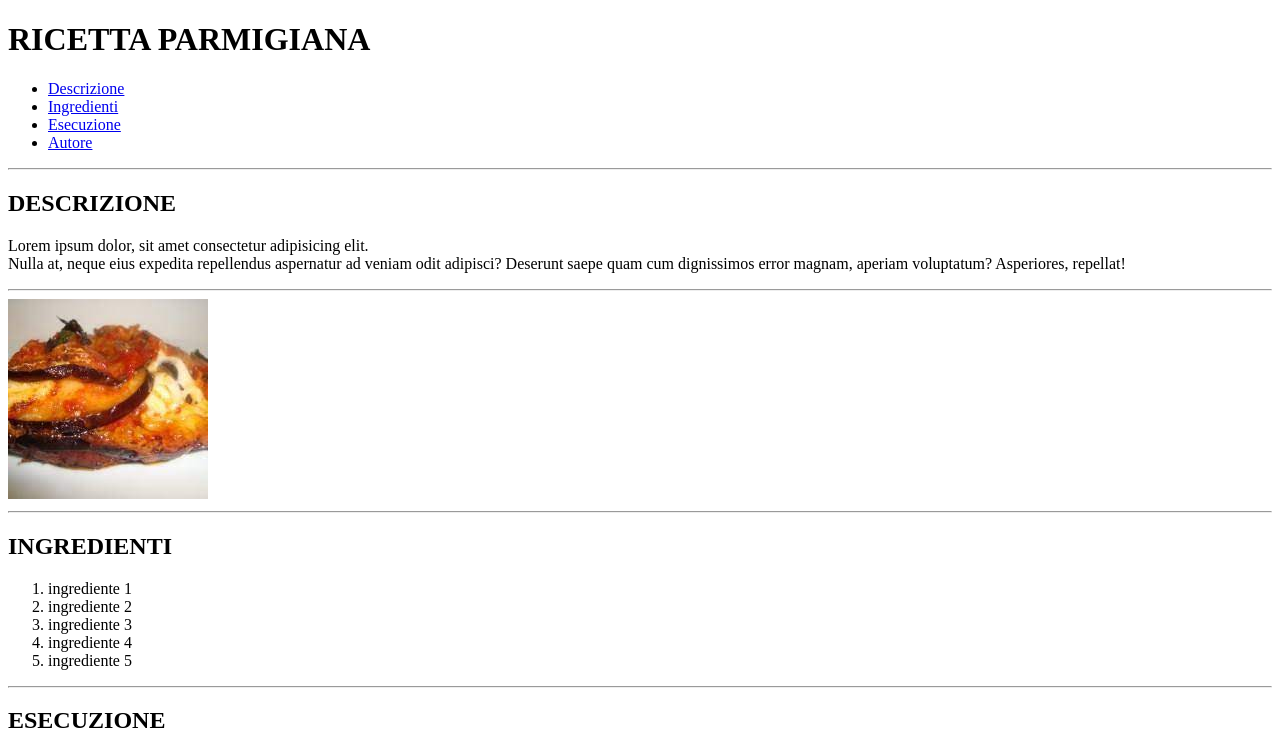
Repository: MicTomm/corso-frontend
Page: HTML/parmigiana/cdi.html
The author's editor kept a copy of each file at every save. The page is drawn from the files as they stood at one save, then again after the next save.
The browser window is 1280 px wide. The pictures show the part of the page from y = 0 to 734 px (the page is 1842 px tall before and 1868 px after).
A picture or video elsewhere on the page could not be fetched, so the positions and the page height are approximate.

Above is the page before, as saved 2023-11-07 12:44:55.

### HTML/parmigiana/cdi.html
<!DOCTYPE html>
<html lang="en">

<head>
  <meta charset="UTF-8">
  <meta name="viewport" content="width=device-width, initial-scale=1.0">
  <title>CDI</title>
</head>

<body>
  <h1>RICETTA PARMIGIANA</h1>
  <header>
    <nav>
      <ul>
        <li><a href="#descrizione">Descrizione</a></li>
        <li><a href="#ingredienti">Ingredienti</a></li>
        <li><a href="#esecuzione">Esecuzione</a></li>
        <li><a href="#autore">Autore</a></li>
      </ul>
    </nav>
  </header>
  <main>
    <hr>
    <article id="descrizione">
      <h2>DESCRIZIONE</h2>
      <p>Lorem ipsum dolor, sit amet consectetur adipisicing elit. <br />Nulla at, neque eius expedita repellendus
        aspernatur
        ad veniam odit adipisci? Deserunt saepe quam cum dignissimos error magnam, aperiam voluptatum? Asperiores,
        repellat!</p>
    </article>
    <hr>
    <img src="./img/parmigiana.jpg" alt="parmigiana" title="parmigiana">
    <section id="ingredienti">
      <hr>
      <h2>INGREDIENTI</h2>
      <ol>
        <li>ingrediente 1</li>
        <li>ingrediente 2</li>
        <li>ingrediente 3</li>
        <li>ingrediente 4</li>
        <li>ingrediente 5</li>
      </ol>
    </section>
    <hr />
    <section id="esecuzione">
      <h2>ESECUZIONE</h2>
      <ol>
        <li>
          <img src="https://cdn.cook.stbm.it/thumbnails/ricette/142/142695/Parmigiana-di-melanzane-semplice-19-w400.jpg"
            alt="passaggio 1"><br />Lorem ipsum dolor sit amet consectetur adipisicing elit. Autem vero facilis ratione
          soluta voluptas reiciendis magnam. Animi voluptate, quidem officia eligendi veritatis perferendis maxime
          blanditiis dolorem, natus soluta pariatur facere.
        </li>
        <li>
          <img src="https://cdn.cook.stbm.it/thumbnails/ricette/142/142695/Parmigiana-di-melanzane-semplice-23-w400.jpg"
            alt="passaggio 2"><br />Lorem ipsum dolor sit amet consectetur adipisicing elit. Eos aliquam nesciunt beatae
          dolores vel repellat quibusdam numquam dolorum tempore laborum non ullam enim, ex ipsum veritatis provident
          officiis reiciendis doloribus.
        </li>
        <li>
          <img src="https://cdn.cook.stbm.it/thumbnails/ricette/142/142695/Parmigiana-di-melanzane-semplice-27-w400.jpg"
            alt="passaggio 3"><br />Lorem ipsum dolor sit amet consectetur adipisicing elit. Est temporibus laborum,
          asperiores beatae autem voluptatum incidunt saepe ab eos non nostrum mollitia veritatis recusandae maiores
          culpa
          harum. Culpa, quia consequuntur?
        </li>

      </ol>
    </section>
  </main>
  <hr />
  <footer>
    <p id="autore">Parmigiana - Michele</p>
  </footer>
</body>

</html>

After the next save:
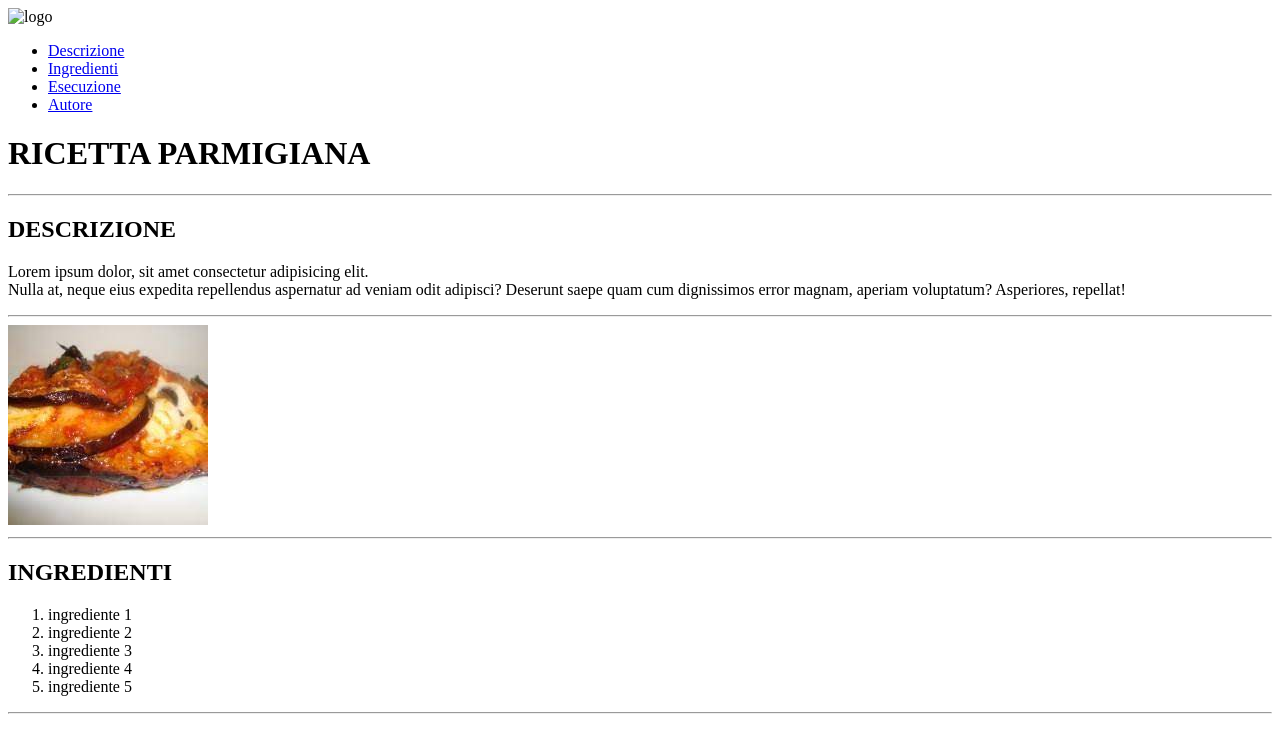
Saved 2 min 16 s later.
--- a/HTML/parmigiana/cdi.html
+++ b/HTML/parmigiana/cdi.html
@@ -8,8 +8,8 @@
 </head>
 
 <body>
-  <h1>RICETTA PARMIGIANA</h1>
   <header>
+    <div><img src="" alt="logo"></div>
     <nav>
       <ul>
         <li><a href="#descrizione">Descrizione</a></li>
@@ -20,6 +20,7 @@
     </nav>
   </header>
   <main>
+    <h1>RICETTA PARMIGIANA</h1>
     <hr>
     <article id="descrizione">
       <h2>DESCRIZIONE</h2>
